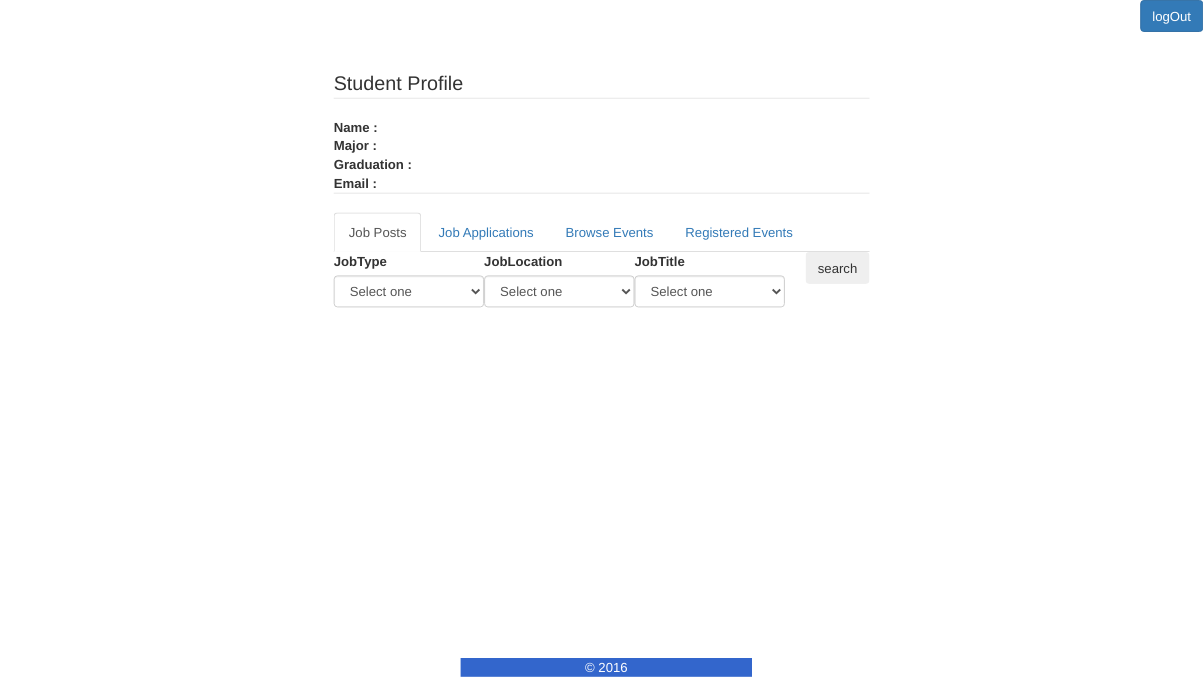
Repository: merlynfrank/AcademicProjects
Page: http://localhost/studenthome
An editor plug-in stored every save of this project. The page is shown before and after the next save, followed by the edit.
The browser window is 1280 px wide. The pictures show the whole page, at 94% of full size.
The page is this project's Thymeleaf template; nobody is signed in. The template is opened directly, without the code that normally fills it, so the values that code supplies are empty.

Above is the page before, as saved 2018-12-01 05:38:53.

### smith-is-internship/src/main/resources/templates/studenthome.html
<!DOCTYPE html>
<html xmlns:th="http://thymeleaf.org">
<head>
<link th:href="@{/css/bootstrap.min.css}" rel="stylesheet"
	type="text/css"></link>
<link th:href="@{/css/layout.css}" rel="stylesheet" type="text/css"></link>
<script type="text/javascript" th:src="@{/js/jquery-3.1.0.min.js}"></script>
<script type="text/javascript" th:src="@{/js/bootstrap.min.js}"></script>

</head>
<style>
.footer {
	position: absolute;
	right: 37.5%;
	left: 50%;
	bottom: 0px;
	width: 100;
	background: #3366cc;
	color: white;
	text-align: center;
	margin-left: -150px
}

.grid-container {
	display: grid;
	grid-template-columns: 50% 50%;
}

.collapsible {
	backgroound-color: #eee;
	color: #444;
	cursor: pointer;
	padding: 18px;
	width: 100%;
	border: none;
	text-align: left;
	outline: none;
	font-size: 15px;
}

.active, .collapsible:hover {
	backgroound-color: #ccc;
}

.content {
	padding: 0 18px;
	display: none;
	overflow: hidden;
	background-color: #f1f1f1;
}
</style>
<body>
	<!-- LogOut button -->
	<form th:action="@{/login}" th:object="${loginForm}">
		<div align="right">
			<button id="logOut" name="logOut" class="btn btn-primary">logOut</button>
		</div>
	</form>
	<br />
	<br />
	<div class="container">

			<fieldset>

				<!-- Form Name -->
				<legend>Student Profile</legend>
				<table>
					<tr>
						<th>Name :</th>
						<td><span th:text="${fname}"> ${fname} </span><span
							th:text="${lname}">${lname}</span></td>
					</tr>
					<tr>
						<th>Major :</th>
						<td><span th:text="${major}"> ${major} </span></td>
					</tr>
					<tr>
						<th>Graduation :</th>
						<td><span th:text="${graduation}"> ${graduation} </span></td>
					</tr>
					<tr>
						<th>Email :</th>
						<td><span th:text="${email}"> ${email} </span></td>
					</tr>
				</table>

			</fieldset>


		<script type="text/javascript" th:src="@{/js/jquery-3.1.0.min.js}"></script>
		<script type="text/javascript" th:src="@{/js/bootstrap.min.js}"></script>
	</div>

	<!-- Table for Search jobs and Applied jobs -->
	<div class="container">
		<legend></legend>
	</div>

	<div id="exTab2" class="container">
		<ul class="nav nav-tabs">
			<li class="active"><a href="#1" data-toggle="tab">Job Posts</a>
			</li>
			<li><a href="#2" data-toggle="tab">Job Applications</a></li>
			<li><a href="#3" data-toggle="tab">Browse Events</a></li>
			<li><a href="#4" data-toggle="tab">Registered Events</a></li>
		</ul>

		<div class="tab-content ">
			<div class="tab-pane active" id="1">
				<form class="form-horizontal" th:action="@{/jobsearch}"
			th:object="${jobSearchForm}" method="post">
					<div class="form-group col-md-4">
						<label for="jobType">JobType</label> <select id="jobType"
							class="form-control">
							<option selected="selected">Select one</option>
							<option>Analyst</option>
						</select>
					</div>
					<div class="form-group col-md-4">
						<label for="jobType">JobLocation</label> <select id="joblocation"
							class="form-control">
							<option selected="selected">Select one</option>
							<option>Maryland</option>
							<option>DC</option>
						</select>
					</div>
					<div class="form-group col-md-4">
						<label for="jobType">JobTitle</label> <select id="jobTitle"
							class="form-control">
							<option selected="selected">Select one</option>
							<option>Data Analyst</option>
							<option>Business Analyst</option>
						</select>
					</div>
					<div align="right">
						<button id="search" name="search" class="btn">search</button>
					</div>
				</form>
				<div class="form-group col-md-4">

				<!-- <div th:each="job : ${jobs}">
    <span th:text="${job.jobTitle}"></span>
</div> -->


				</div>

			</div>
			<div class="tab-pane" id="2">
				<h3>Notice the gap between the content and tab after applying a
					background color</h3>
			</div>
			<div class="tab-pane" id="3">
				<h3>add clearfix to tab-content (see the css)</h3>
			</div>
			<div class="tab-pane" id="4">
				<h3>add clearfix to tab-content (see the css)</h3>
			</div>
		</div>
	</div>


</body>
<div class="footer">&copy; 2016</div>

</html>

### smith-is-internship/src/main/resources/static/css/layout.css
.container {
    width: 600px;
    margin: auto;
}
.remember-me {
    text-align: center;
}
.btn-login {
    width: 100%;
}

Loaded but not shown: smith-is-internship/src/main/resources/static/css/bootstrap.min.css (library); smith-is-internship/src/main/resources/static/js/jquery-3.1.0.min.js (library); smith-is-internship/src/main/resources/static/js/bootstrap.min.js (library)

After the next save:
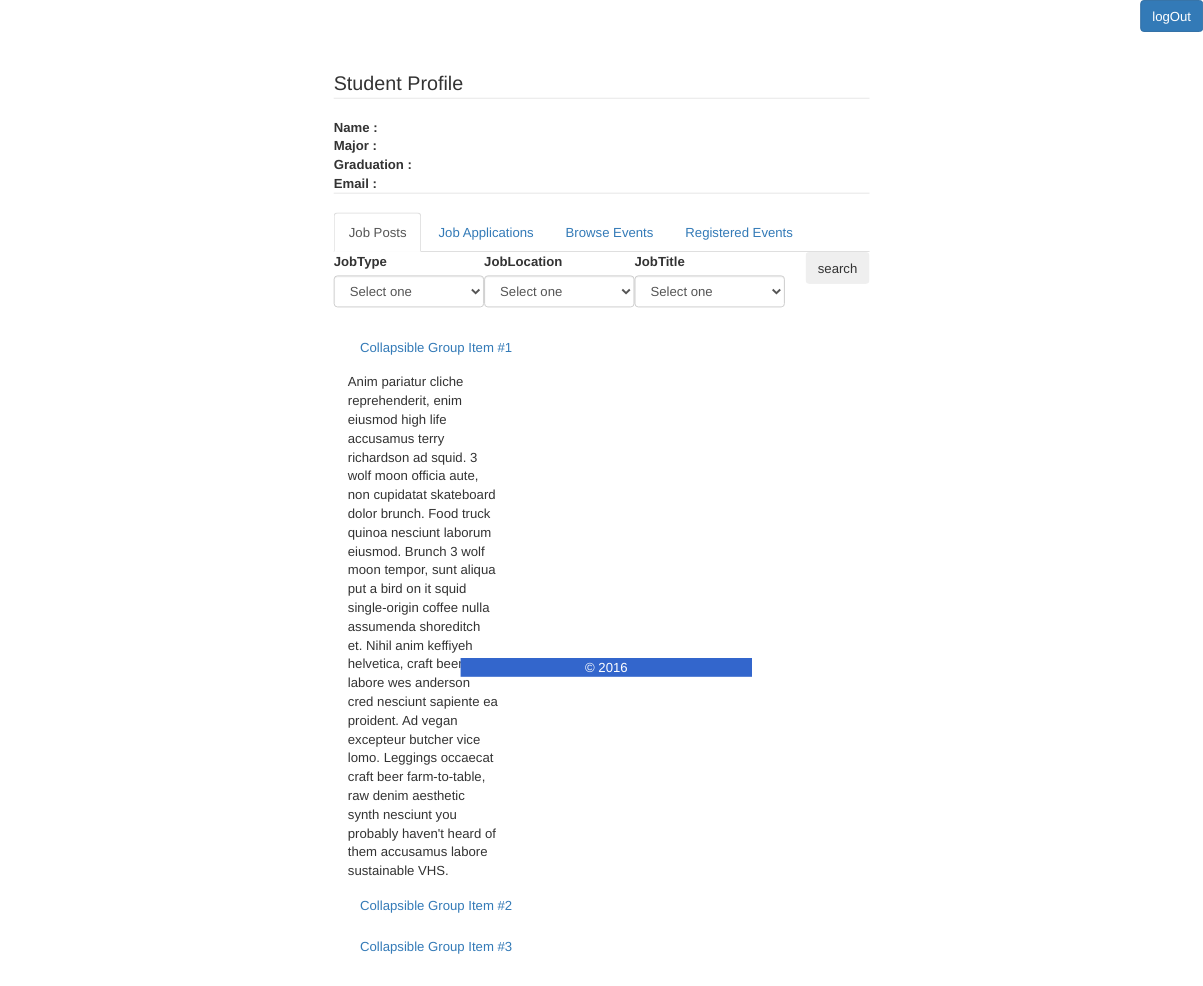
Saved 5 s later.
--- a/smith-is-internship/src/main/resources/templates/studenthome.html
+++ b/smith-is-internship/src/main/resources/templates/studenthome.html
@@ -142,6 +142,53 @@
     <span th:text="${job.jobTitle}"></span>
 </div> -->
 
+<div id="accordion">
+  <div class="card">
+    <div class="card-header" id="headingOne">
+      <h5 class="mb-0">
+        <button class="btn btn-link" data-toggle="collapse" data-target="#collapseOne" aria-expanded="true" aria-controls="collapseOne">
+          Collapsible Group Item #1
+        </button>
+      </h5>
+    </div>
+
+    <div id="collapseOne" class="collapse show" aria-labelledby="headingOne" data-parent="#accordion">
+      <div class="card-body">
+        Anim pariatur cliche reprehenderit, enim eiusmod high life accusamus terry richardson ad squid. 3 wolf moon officia aute, non cupidatat skateboard dolor brunch. Food truck quinoa nesciunt laborum eiusmod. Brunch 3 wolf moon tempor, sunt aliqua put a bird on it squid single-origin coffee nulla assumenda shoreditch et. Nihil anim keffiyeh helvetica, craft beer labore wes anderson cred nesciunt sapiente ea proident. Ad vegan excepteur butcher vice lomo. Leggings occaecat craft beer farm-to-table, raw denim aesthetic synth nesciunt you probably haven't heard of them accusamus labore sustainable VHS.
+      </div>
+    </div>
+  </div>
+  <div class="card">
+    <div class="card-header" id="headingTwo">
+      <h5 class="mb-0">
+        <button class="btn btn-link collapsed" data-toggle="collapse" data-target="#collapseTwo" aria-expanded="false" aria-controls="collapseTwo">
+          Collapsible Group Item #2
+        </button>
+      </h5>
+    </div>
+    <div id="collapseTwo" class="collapse" aria-labelledby="headingTwo" data-parent="#accordion">
+      <div class="card-body">
+        Anim pariatur cliche reprehenderit, enim eiusmod high life accusamus terry richardson ad squid. 3 wolf moon officia aute, non cupidatat skateboard dolor brunch. Food truck quinoa nesciunt laborum eiusmod. Brunch 3 wolf moon tempor, sunt aliqua put a bird on it squid single-origin coffee nulla assumenda shoreditch et. Nihil anim keffiyeh helvetica, craft beer labore wes anderson cred nesciunt sapiente ea proident. Ad vegan excepteur butcher vice lomo. Leggings occaecat craft beer farm-to-table, raw denim aesthetic synth nesciunt you probably haven't heard of them accusamus labore sustainable VHS.
+      </div>
+    </div>
+  </div>
+  <div class="card">
+    <div class="card-header" id="headingThree">
+      <h5 class="mb-0">
+        <button class="btn btn-link collapsed" data-toggle="collapse" data-target="#collapseThree" aria-expanded="false" aria-controls="collapseThree">
+          Collapsible Group Item #3
+        </button>
+      </h5>
+    </div>
+    <div id="collapseThree" class="collapse" aria-labelledby="headingThree" data-parent="#accordion">
+      <div class="card-body">
+        Anim pariatur cliche reprehenderit, enim eiusmod high life accusamus terry richardson ad squid. 3 wolf moon officia aute, non cupidatat skateboard dolor brunch. Food truck quinoa nesciunt laborum eiusmod. Brunch 3 wolf moon tempor, sunt aliqua put a bird on it squid single-origin coffee nulla assumenda shoreditch et. Nihil anim keffiyeh helvetica, craft beer labore wes anderson cred nesciunt sapiente ea proident. Ad vegan excepteur butcher vice lomo. Leggings occaecat craft beer farm-to-table, raw denim aesthetic synth nesciunt you probably haven't heard of them accusamus labore sustainable VHS.
+      </div>
+    </div>
+  </div>
+</div>
+
+
 
 				</div>
 
